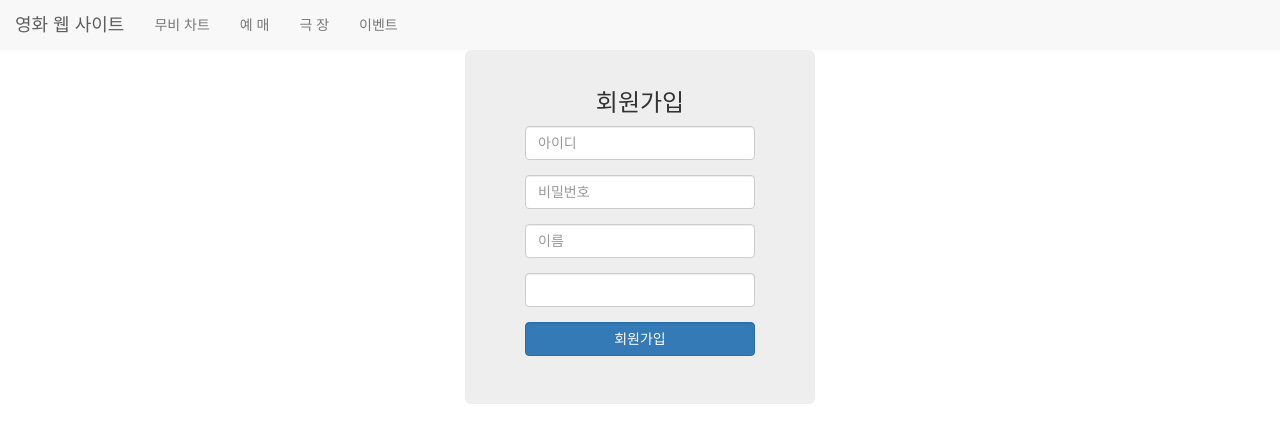
Repository: Gotaemin/java
Page: http://localhost/BBS/join.jsp
An editor plug-in stored every save of this project. The page is shown before and after the next save, followed by the edit.
The browser window is 1280 px wide. The pictures show the whole page.
Some web libraries are served in a nearby version. The page is served by Tomcat 9. Other server files are loaded and not shown.

Above is the page before, as saved 2020-03-04 12:08:43.

### BBS/BBS/WebContent/join.jsp
<%@ page language="java" contentType="text/html; charset=UTF-8" pageEncoding="UTF-8"%>
<!DOCTYPE html>
<html>
<head>
<meta charset="UTF-8">

<meta name="viewport" content="width=device-width",initial-scale="1">
<link rel="stylesheet" href="css/bootstrap.css">

<title>영화 웹 사이트</title>
</head>
<body>
	<script src="https://code.jquery.com/jquery-3.1.1.min.js"></script>
	<script src="js/bootstrap.js"></script>

	<nav class="navbr navbar-default">
		<div class="navbar-header">
			<a class="navbar-brand" href="MovieMain.jsp">영화 웹 사이트</a>

			<button type="button" class="navbar-toggle collapsed"
				data-toggle="collapse"
				data-target="#bs-example-navbar-collapse-1"
				aria-expanded="false">
				<span class="icon-bar"></span>
				<span class="icon-bar"></span>
				<span class="icon-bar"></span>
			</button>

		</div>


		<div class="collapse navbar-collapse" id="#bs-example-navbar-collapse-1">
			<ul class="nav navbar-nav">
				<li><a href="movieList.movie">무비 차트</a></li>
				<li><a href="#">예  매</a></li>
				<li><a href="#">극  장</a></li>
				<li><a href="#">이벤트</a></li>
			</ul>

		</div>
	</nav>




	<div class="container">
		<div class="col-lg-4" style="padding-top:40px;"></div>
		<div class="col-lg-4">
			<div class="jumbotron" style="padding-top:20px;">

				<form method="post" action ="login.user">
					<h3 style="text-align:center;">회원가입</h3>
					<div class="form-group">
						<input type="text" class="form-control" placeholder="아이디" name="userID" maxlength="20"/>
					</div>
					<div class="form-group">
						<input type="password" class="form-control" placeholder="비밀번호" name="userPassword" maxlength="20"/>
					</div>
					<div class="form-group">
						<input type="text" class="form-control" placeholder="이름" name="userPassword" maxlength="20"/>
					</div>
					<div class="form-group">
						<input type="text" class="form-control" placeholder="" name="userPassword" maxlength="20"/>
					</div>
					<input type="submit" class="btn btn-primary form-control" value="회원가입">


				</form>
			</div>
		</div>
		<div class="col-lg-4"></div>
	</div>





</body>
</html>

Loaded but not shown: BBS/BBS/WebContent/css/bootstrap.css (library); BBS/BBS/WebContent/js/bootstrap.js (library)

After the next save:
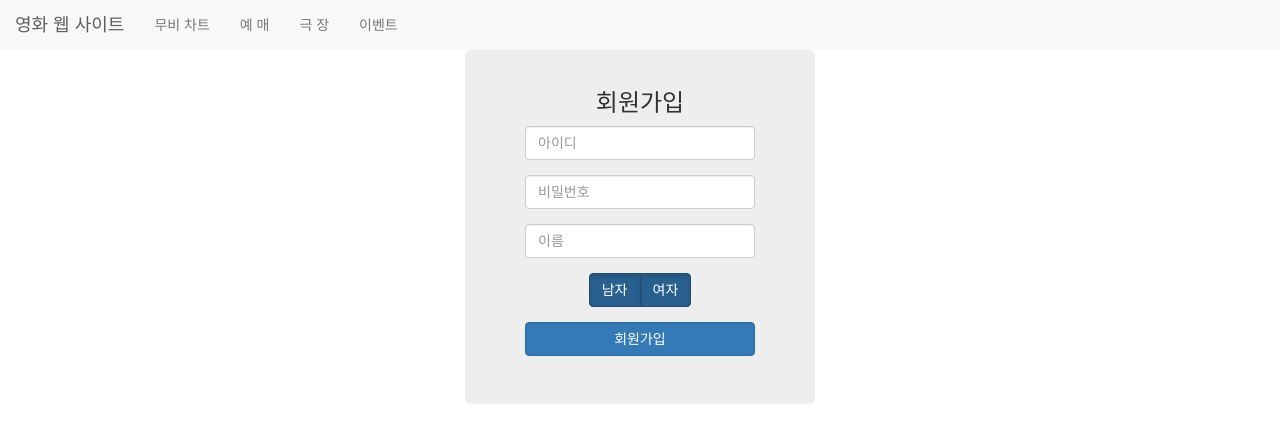
Saved 2 min 39 s later.
--- a/BBS/BBS/WebContent/join.jsp
+++ b/BBS/BBS/WebContent/join.jsp
@@ -59,8 +59,15 @@
 					<div class="form-group">
 						<input type="text" class="form-control" placeholder="이름" name="userPassword" maxlength="20"/>
 					</div>
-					<div class="form-group">
-						<input type="text" class="form-control" placeholder="" name="userPassword" maxlength="20"/>
+					<div class="form-group" style="text-align:center;">
+						<div class="btn-group" data-toggle="buttons">
+							<label class="btn btn-primary active">
+								<input type="radio" name="userGender" autocomplete="off" value="남자" checked>남자
+							</label>
+							<label class="btn btn-primary active">
+								<input type="radio" name="userGender" autocomplete="off" value="여자" checked>여자
+							</label>
+						</div>
 					</div>
 					<input type="submit" class="btn btn-primary form-control" value="회원가입">
 
